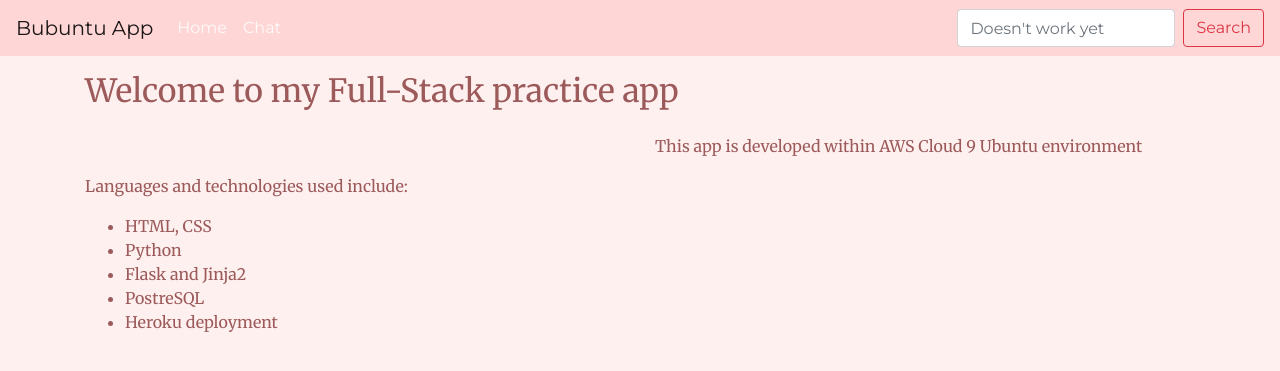
Repository: TanglingTreats/bubuntu-app
Page: templates/index.html
The author's editor kept a record of every edit. The page is drawn from the files as they stood at one moment, then again after the next edit.
The browser window is 1280 px wide. The pictures show the whole page.
The template is drawn by Flask 3. The application's start-up code is not run. Other server files are loaded and not shown. The template is opened directly, without the code that normally fills it, so the values that code supplies are empty.

Above is the page before.

### templates/index.html
{%extends 'layout.html'%}
{%block title%}Hello~{%endblock%}
{%block heading%}Welcome to my Full-Stack practice app{%endblock%}
{%block content%}
<div class="row d-flex justify-content-end">
  <div class="col-sm-6">
    <p>This app is developed within AWS Cloud 9 Ubuntu environment</p>
  </div>
</div>
<div class="row d-flex">
  <div class="col-sm-6">
    <p>Languages and technologies used include:</p>
    <ul>
      <li>HTML, CSS</li>
      <li>Python</li>
      <li>Flask and Jinja2</li>
      <li>PostreSQL</li>
      <li>Heroku deployment</li>
    </ul>
  </div>
</div>
{%endblock%}

### templates/layout.html
<!doctype html>
<html lang="en">
  <head>
    <!-- Required meta tags -->
    <meta charset="utf-8">
    <meta name="viewport" content="width=device-width, initial-scale=1, shrink-to-fit=no">

    <!-- Bootstrap CSS -->
    <link rel="stylesheet" href="https://stackpath.bootstrapcdn.com/bootstrap/4.3.1/css/bootstrap.min.css" integrity="sha384-ggOyR0iXCbMQv3Xipma34MD+dH/1fQ784/j6cY/iJTQUOhcWr7x9JvoRxT2MZw1T" crossorigin="anonymous">
    <link rel="stylesheet" href="static/css/style.css" type="text/css" />

    <!--Favicon-->
    <link rel="shortcut icon" href="static/img/favicon/favicon.ico" type="image/x-icon">
    <link rel="icon" href="static/img/favicon/favicon.ico" type="image/x-icon">


    <title>{%block title%}{%endblock%}</title>
  </head>
  <body>
    <nav id="mainNavbar" class="navbar navbar-expand-md navbar-light">
      <a class="navbar-brand" href="/">Bubuntu App</a>
      <button class="navbar-toggler" type="button" data-toggle="collapse" data-target="#navbarSupportedContent" aria-controls="navbarSupportedContent" aria-expanded="false" aria-label="Toggle navigation">
        <span class="navbar-toggler-icon"></span>
      </button>

      <div class="collapse navbar-collapse" id="navbarSupportedContent">
        <ul class="navbar-nav mr-auto">
          <li class="nav-item">
            <a class="nav-link" href="/">Home</a>
          </li>
          <li class="nav-item">
            <a class="nav-link" href="/messages">Chat</a>
          </li>
        </ul>
        <form class="form-inline my-2 my-lg-0">
          <input class="form-control mr-sm-2" type="search" placeholder="Doesn't work yet" aria-label="Search">
          <button class="btn btn-outline-danger my-2 my-sm-0" type="submit">Search</button>
        </form>
      </div>
    </nav>

    <div class="container">
        <h2 id="header" class="mt-3 mb-4">{%block heading%}{%endblock%}</h2>
        {%block content%}{%endblock%}
    </div>



    <!-- Optional JavaScript -->
    <!-- jQuery first, then Popper.js, then Bootstrap JS -->
    <script src="https://code.jquery.com/jquery-3.3.1.slim.min.js" integrity="sha384-q8i/X+965DzO0rT7abK41JStQIAqVgRVzpbzo5smXKp4YfRvH+8abtTE1Pi6jizo" crossorigin="anonymous"></script>
    <script src="https://cdnjs.cloudflare.com/ajax/libs/popper.js/1.14.7/umd/popper.min.js" integrity="sha384-UO2eT0CpHqdSJQ6hJty5KVphtPhzWj9WO1clHTMGa3JDZwrnQq4sF86dIHNDz0W1" crossorigin="anonymous"></script>
    <script src="https://stackpath.bootstrapcdn.com/bootstrap/4.3.1/js/bootstrap.min.js" integrity="sha384-JjSmVgyd0p3pXB1rRibZUAYoIIy6OrQ6VrjIEaFf/nJGzIxFDsf4x0xIM+B07jRM" crossorigin="anonymous"></script>
    <script src="https://code.jquery.com/jquery-3.4.1.min.js"
      integrity="sha256-CSXorXvZcTkaix6Yvo6HppcZGetbYMGWSFlBw8HfCJo="
      crossorigin="anonymous"></script>
    <script src="static/js/script.js"></script>
  </body>
</html>

### static/css/style.css
@import url('https://fonts.googleapis.com/css?family=Merriweather|Montserrat:400,500&display=swap');

body {
    font-family: "Merriweather";
    color: #9c5a5a;
    background: #fff0f0;
}

#mainNavbar{
    font-family: "Montserrat";
    background: #ffd6d6;
}

#mainNavbar .nav-link {
    color: #fffafa;
}

#mainNavbar .nav-link:hover {
    color: #570d0e;
}

#mainNavbar .active>.nav-link {
    color: #9c2426;
}

button {
    font-family: "Montserrat";
}

### static/js/script.js
var links = document.getElementsByClassName("nav-link");
var path = window.location.pathname;

console.log(path);

for(let i = 0; i < links.length; i++) {
    console.log("In for loop");
    console.log(links[i].getAttribute("href"));
    if(links[i].getAttribute("href") === path ) {
        console.log("In If")
        links[i].parentElement.classList.add("active");
    }
}

After the next edit:
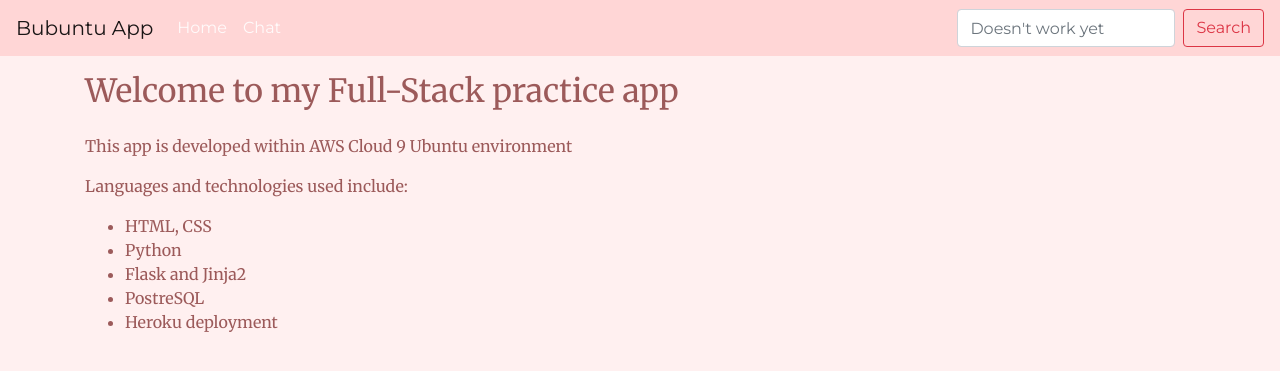
The edit:
--- a/templates/index.html
+++ b/templates/index.html
@@ -2,7 +2,7 @@
 {%block title%}Hello~{%endblock%}
 {%block heading%}Welcome to my Full-Stack practice app{%endblock%}
 {%block content%}
-<div class="row d-flex justify-content-end">
+<div class="row d-flex">
   <div class="col-sm-6">
     <p>This app is developed within AWS Cloud 9 Ubuntu environment</p>
   </div>
